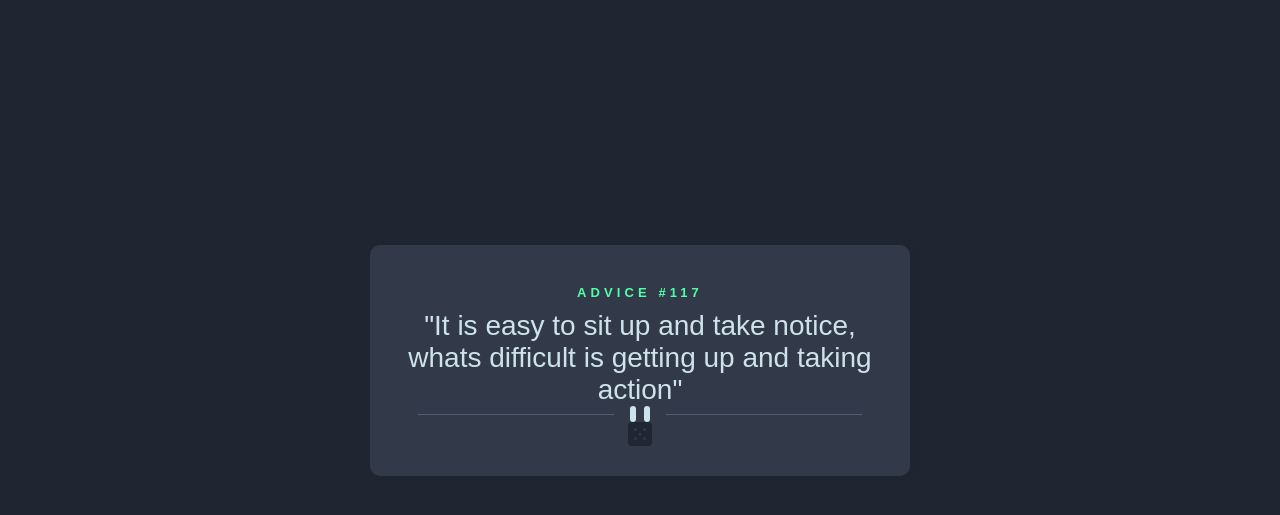
Repository: Arkitecth/advice-generator
Page: index.html
An editor plug-in stored every save of this project. The page is shown before and after the next save, followed by the edit.
The browser window is 1280 px wide. The pictures show the whole page.

Above is the page before, as saved 2023-07-12 17:44:35.

After the next save:
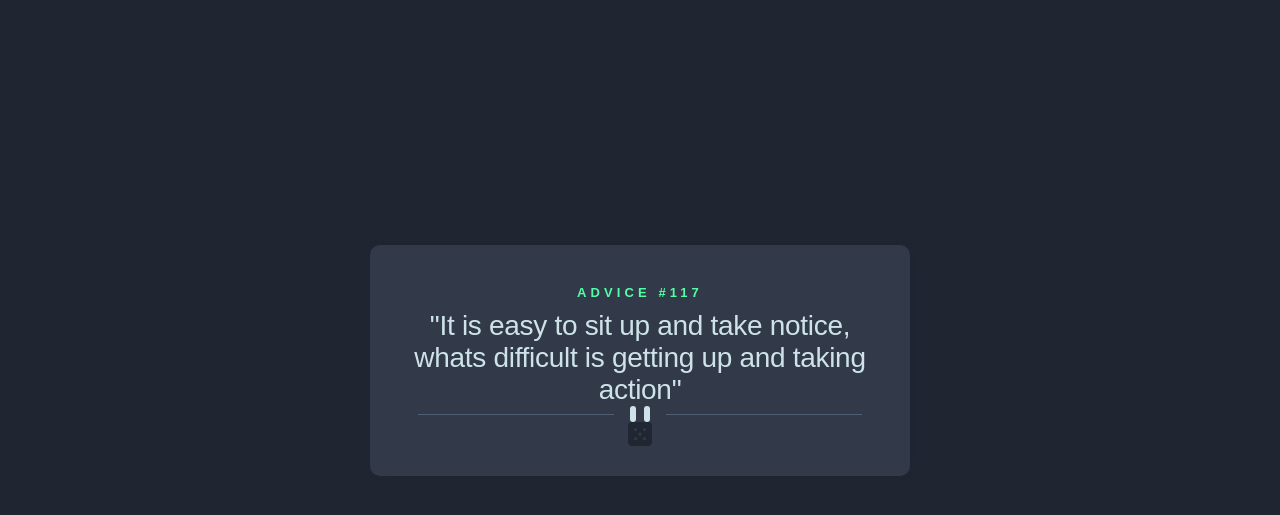
Saved 12 s later.
--- a/style.css
+++ b/style.css
@@ -48,4 +48,5 @@
     color: var(--light-cyan);
     text-align: center;
     font-size: 28px;
+    letter-spacing: -0.3px;
 }
